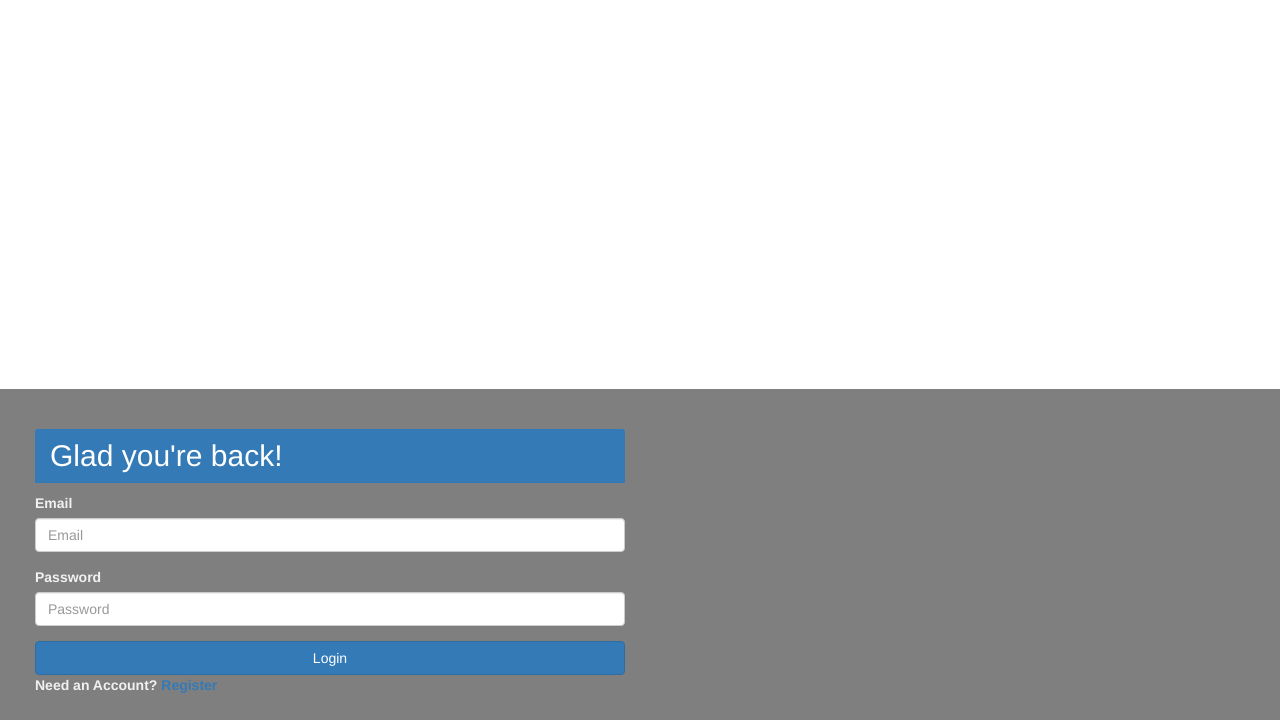
Repository: ronnydoan12345/Doan-ReimbursementProject
Page: org.revature.ERS/src/main/webapp/login.html
The author's editor kept a copy of each file at every save. The page is drawn from the files as they stood at one save, then again after the next save.
The browser window is 1280 px wide. The pictures show the whole page.

Above is the page before, as saved 2019-01-18 04:07:18.

### org.revature.ERS/src/main/webapp/login.html
<!DOCTYPE html>
<html>

<head>
    <meta charset="utf-8">
    <title></title>
    <meta name="viewport" content="width=device-width, initial-scale=1">


    <link rel="stylesheet" href="https://maxcdn.bootstrapcdn.com/bootstrap/3.3.7/css/bootstrap.min.css">
    <link href="./Project1-FrontEnd/css/main.css" rel="stylesheet">
     <script src="https://ajax.googleapis.com/ajax/libs/jquery/3.3.1/jquery.min.js"></script>
    <script src="https://maxcdn.bootstrapcdn.com/bootstrap/3.3.7/js/bootstrap.min.js"></script>
</head>


<body>
    <div id="container">
    	<div class="content">

    	<form class="col-md-6" id="loginForm" name="loginForm">
            <div class="panel-primary">
                <h2 class="loginCenter panel-heading">Glad you're back!</h2>
            </div>
            <div class="form-group">
                <label for="email">Email</label>
                <input type="text" id="email" name="email" class="form-control" placeholder="Email" />
            </div>
            <div class="form-group">
                <label for="password">Password</label>
                <input type="password" id="password" name="password" class="form-control" placeholder="Password" />
            </div>
			<button type="button" id="login" onclick="getLoginData()" class="col-md-12 btn btn-primary">Login</button>
            <label>Need an Account?<a href="#" onclick="openRegisterForm()"> Register</a></label>
        </form>
    	</div>

    </div>
    <script src="./Project1-FrontEnd/javascript/main.js"></script>
</body>

</html>

### org.revature.ERS/src/main/webapp/Project1-FrontEnd/css/main.css

.navbar {
	margin-bottom: 0;
	border-radius: 0;
}

.row.content {
	height: 1500px;
}

.sidenav {
	padding-top: 20px;
	background-color: #f1f1f1;
	height: 100%;
}

footer {
	background-color: #555;
	color: white;
	padding: 15px;
}

@media screen and (max-width: 767px) {
	.sidenav {
		height: auto;
		padding: 15px;
	}
	.row.content {
		height: auto;
	}
}

td{
    border:1px solid #000;
}

tr td:last-child{
    width:1%;
    white-space:nowrap;
}



.content {
  position: absolute;
  bottom: 0;
  background: rgb(0, 0, 0); /* Fallback color */
  background: rgba(0, 0, 0, 0.5); /* Black background with 0.5 opacity */
  color: #f1f1f1;
  width: 100%;
  padding: 20px;
}

Loaded but not shown: org.revature.ERS/src/main/webapp/Project1-FrontEnd/javascript/main.js (no copy from this time; the picture is the same without it)

After the next save:
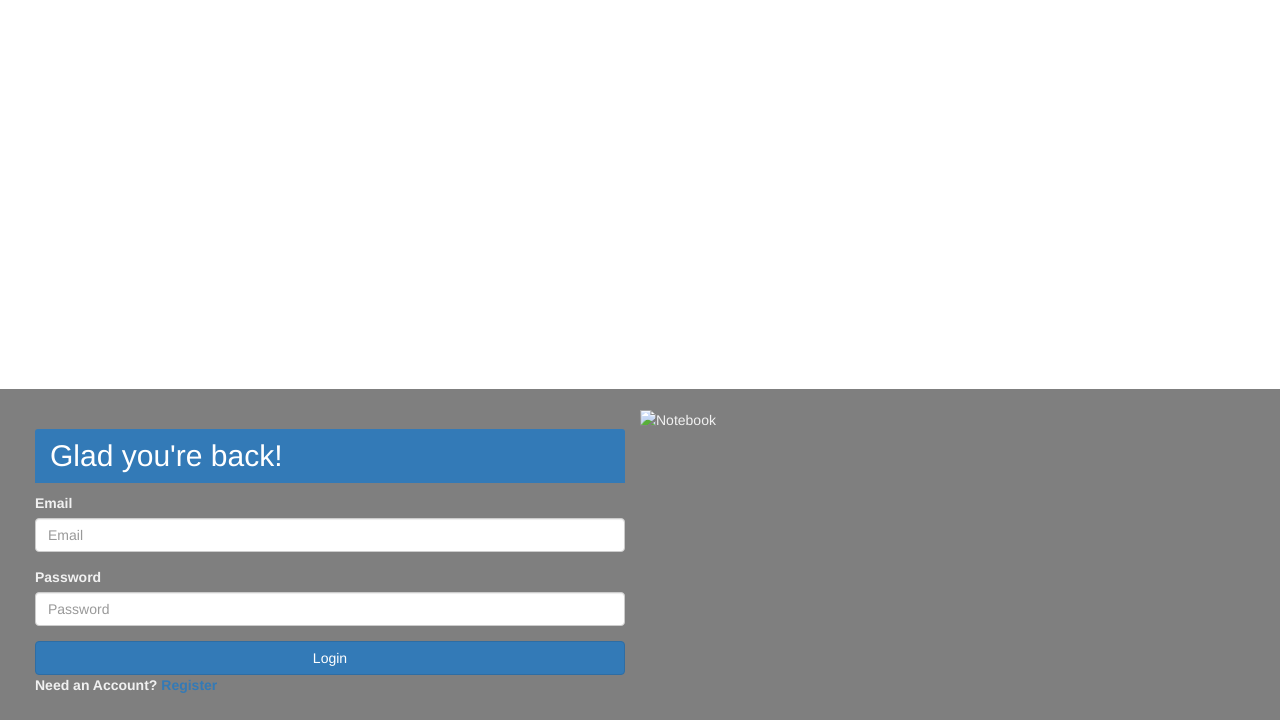
Not found: org.revature.ERS/src/main/webapp/w3images/notebook.jpg
Saved 67 s later.
--- a/org.revature.ERS/src/main/webapp/login.html
+++ b/org.revature.ERS/src/main/webapp/login.html
@@ -33,6 +33,7 @@
 			<button type="button" id="login" onclick="getLoginData()" class="col-md-12 btn btn-primary">Login</button>
             <label>Need an Account?<a href="#" onclick="openRegisterForm()"> Register</a></label>
         </form>
+        <img src="/w3images/notebook.jpg" alt="Notebook" style="width:100%;">
     	</div>
 
     </div>
